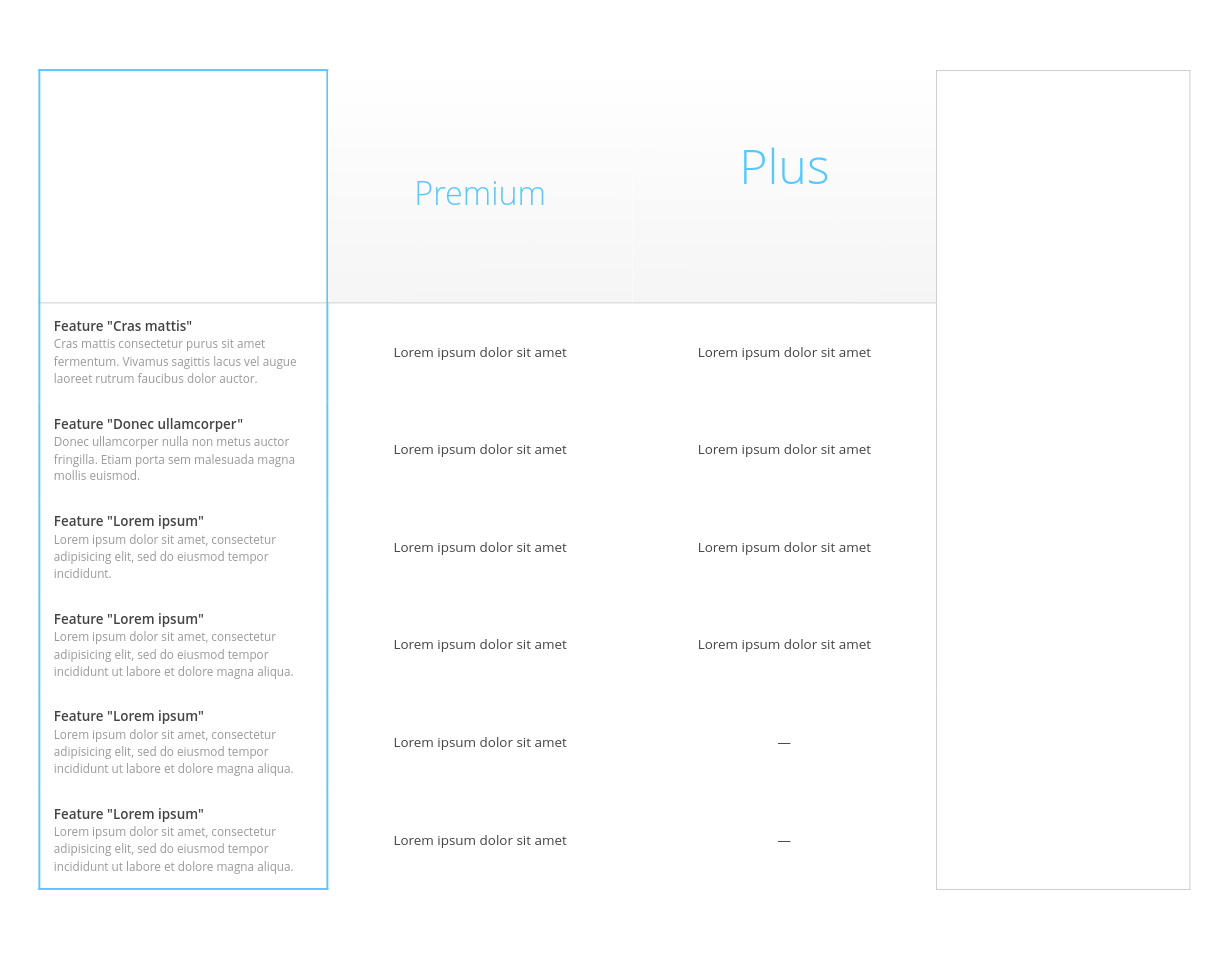
Repository: darlino/gotyu_shopify_section
Page: gotyu_table210223/index.html
These files come from the project's save history. The page is drawn as it stood at one moment and after the next save; the edit follows.
The browser window is 1280 px wide. The pictures show the whole page, at 96% of full size.

Above is the page before, as saved 2023-02-21 12:39:03.

### gotyu_table210223/index.html
<!DOCTYPE html>
<html lang="en">
  <head>
    <meta charset="UTF-8" />
    <meta http-equiv="X-UA-Compatible" content="IE=edge" />
    <meta name="viewport" content="width=device-width, initial-scale=1.0" />
    <title>Document</title>
    <link rel="stylesheet" href="style.css" />
    <link rel="preconnect" href="https://fonts.googleapis.com" />
    <link rel="preconnect" href="https://fonts.gstatic.com" crossorigin />
    <link
      href="https://fonts.googleapis.com/css2?family=Montserrat&display=swap"
      rel="stylesheet"
    />
  </head>
  <body>
    <table>
      <colgroup></colgroup>
      <colgroup></colgroup>
      <colgroup></colgroup>
      <colgroup></colgroup>

      <thead>
        <tr>
          <th>&nbsp;</th>
          <th>
            <h2>Premium</h2>
          </th>
          <th>
            <h2>Plus</h2>
          </th>
        </tr>
      </thead>

      <tbody>
        <tr>
          <th>
            Feature "Cras mattis"
            <span
              >Cras mattis consectetur purus sit amet fermentum. Vivamus
              sagittis lacus vel augue laoreet rutrum faucibus dolor
              auctor.</span
            >
          </th>
          <td>Lorem ipsum dolor sit amet</td>
          <td>Lorem ipsum dolor sit amet</td>
        </tr>
        <tr>
          <th>
            Feature "Donec ullamcorper"
            <span
              >Donec ullamcorper nulla non metus auctor fringilla. Etiam porta
              sem malesuada magna mollis euismod.</span
            >
          </th>
          <td>Lorem ipsum dolor sit amet</td>
          <td>Lorem ipsum dolor sit amet</td>
        </tr>
        <tr>
          <th>
            Feature "Lorem ipsum"
            <span
              >Lorem ipsum dolor sit amet, consectetur adipisicing elit, sed do
              eiusmod tempor incididunt.</span
            >
          </th>
          <td>Lorem ipsum dolor sit amet</td>
          <td>Lorem ipsum dolor sit amet</td>
        </tr>
        <tr>
          <th>
            Feature "Lorem ipsum"
            <span
              >Lorem ipsum dolor sit amet, consectetur adipisicing elit, sed do
              eiusmod tempor incididunt ut labore et dolore magna aliqua.</span
            >
          </th>
          <td>Lorem ipsum dolor sit amet</td>
          <td>Lorem ipsum dolor sit amet</td>
        </tr>
        <tr>
          <th>
            Feature "Lorem ipsum"
            <span
              >Lorem ipsum dolor sit amet, consectetur adipisicing elit, sed do
              eiusmod tempor incididunt ut labore et dolore magna aliqua.</span
            >
          </th>
          <td>Lorem ipsum dolor sit amet</td>
          <td>&mdash;</td>
        </tr>
        <tr>
          <th>
            Feature "Lorem ipsum"
            <span
              >Lorem ipsum dolor sit amet, consectetur adipisicing elit, sed do
              eiusmod tempor incididunt ut labore et dolore magna aliqua.</span
            >
          </th>
          <td>Lorem ipsum dolor sit amet</td>
          <td>&mdash;</td>
        </tr>
      </tbody>
    </table>
  </body>
</html>

### gotyu_table210223/style.css
body {
  background: #fff;
  font: 400 1em/1.4 "Open Sans", "Helvetica Neue", sans-serif;
  color: #333;
  text-align: center;
  padding: 4em 2em;
}

h1 {
  font-weight: 300;
  font-size: 5em;
  line-height: 1.35;
  margin: 0 0 0.125em;
}
h1 + p {
  font-size: 1.5em;
  color: #999;
  max-width: 30em;
  margin: 0 auto 3em;
}

table {
  width: 100%;
  text-align: left;
  border-spacing: 0;
  border-collapse: collapse;
  -webkit-box-sizing: border-box;
  -moz-box-sizing: border-box;
  box-sizing: border-box;
}

th,
td {
  font-family: inherit;
  font-size: 0.875em;
  line-height: 1.45;
  color: #444;
  vertical-align: middle;
  padding: 1em;
}
th {
  font-weight: 600;
}

colgroup:nth-child(1) {
  width: 25%;
  border: 2px solid #59c7fb;
}
colgroup:nth-child(4) {
  width: 22%;
  border: 1px solid #ccc;
}

/* Tablehead */

thead th {
  background: #def4fe;
  background: -moz-linear-gradient(top, #ffffff 0%, #f5f5f5 100%);
  background: -webkit-linear-gradient(top, #ffffff 0%, #f5f5f5 100%);
  background: -o-linear-gradient(top, #ffffff 0%, #f5f5f5 100%);
  background: -ms-linear-gradient(top, #ffffff 0%, #f5f5f5 100%);
  background: linear-gradient(to bottom, #ffffff 0%, #f5f5f5 100%);
  text-align: center;
  position: relative;
  border-bottom: 1px solid #ccc;
  padding: 3em 0 2em;
  font-weight: 400;
  color: #999;
}
thead th:nth-child(1) {
  background: transparent;
}
thead th:nth-child(3) {
  padding: 2em 0 5em;
}
thead th h2 {
  font-weight: 300;
  font-size: 2.4em;
  line-height: 1.2;
  color: #59c7fb;
}
thead th h2 + p {
  font-size: 1.25em;
  line-height: 1.4;
}
thead th:nth-child(3) h2 {
  font-size: 3.6em;
}
thead th:nth-child(3) h2 + p {
  font-size: 1.5em;
}

thead th p.promo {
  font-size: 1em;
  color: #fff;
  position: absolute;
  top: 9em;
  left: -17px;
  z-index: 1000;
  width: 100%;
  margin: 0;
  padding: 0.625em 17px 0.75em;
  background: #c00;
  box-shadow: 0 2px 4px rgba(0, 0, 0, 0.25);
  border-bottom: 1px solid #900;
}

thead th p.promo:before {
  content: "";
  position: absolute;
  display: block;
  width: 0px;
  height: 0px;
  border-style: solid;
  border-width: 0 7px 7px 0;
  border-color: transparent #900 transparent transparent;
  bottom: -7px;
  left: 0;
}
thead th p.promo:after {
  content: "";
  position: absolute;
  display: block;
  width: 0px;
  height: 0px;
  border-style: solid;
  border-width: 7px 7px 0 0;
  border-color: #900 transparent transparent transparent;
  bottom: -7px;
  right: 0;
}

/* Tablebody */

tbody th {
  background: #fff;
  border-left: 1px solid #ccc;
}
tbody th span {
  font-weight: normal;
  font-size: 87.5%;
  color: #999;
  display: block;
}

tbody td {
  background: #fff;
  text-align: center;
  border: none;
}

tbody tr:last-child td {
  border-bottom: 0 none;
}

/* Tablefooter */

After the next save:
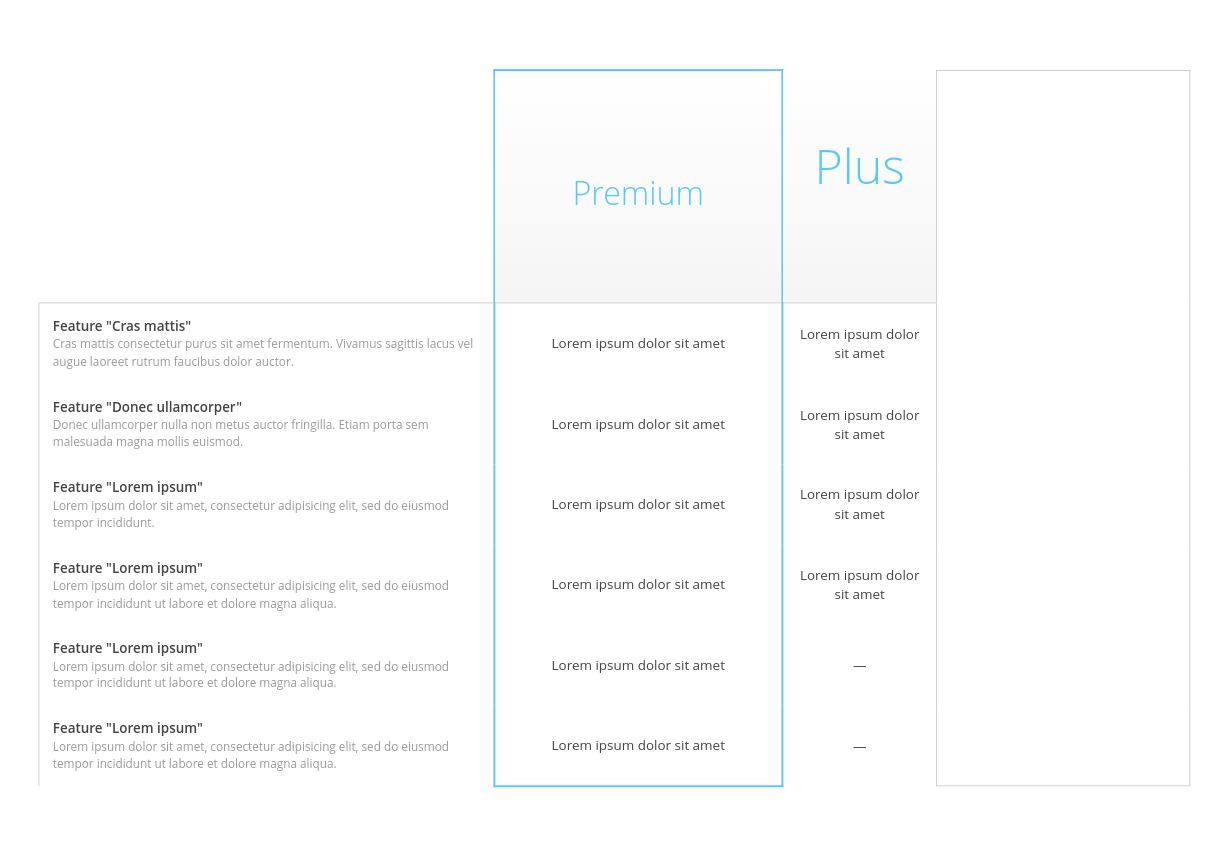
Saved 10 s later.
--- a/gotyu_table210223/style.css
+++ b/gotyu_table210223/style.css
@@ -42,7 +42,7 @@ th {
   font-weight: 600;
 }
 
-colgroup:nth-child(1) {
+colgroup:nth-child(2) {
   width: 25%;
   border: 2px solid #59c7fb;
 }
